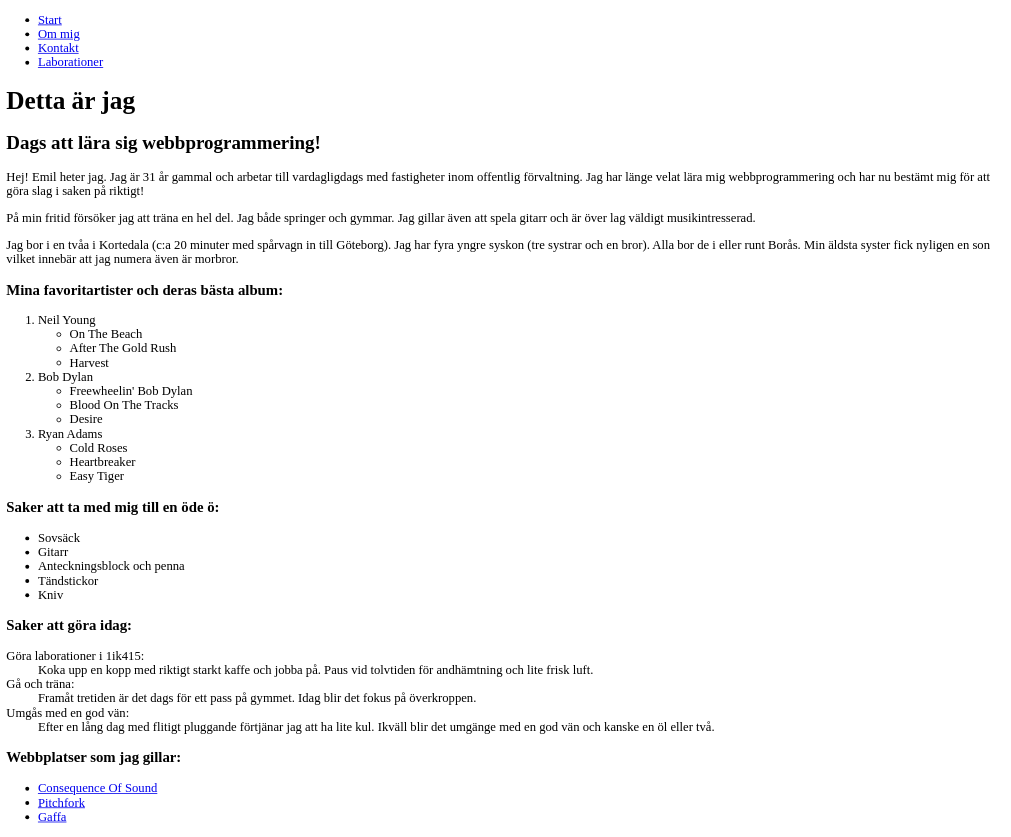
Repository: ea222vk/1ik415-laborationer
Page: Pages/presentation.html
The author's editor kept a record of every edit. The page is drawn from the files as they stood at one moment, then again after the next edit.
The browser window is 1280 px wide. The pictures show the whole page, at 79% of full size.

Above is the page before.

After the next edit:
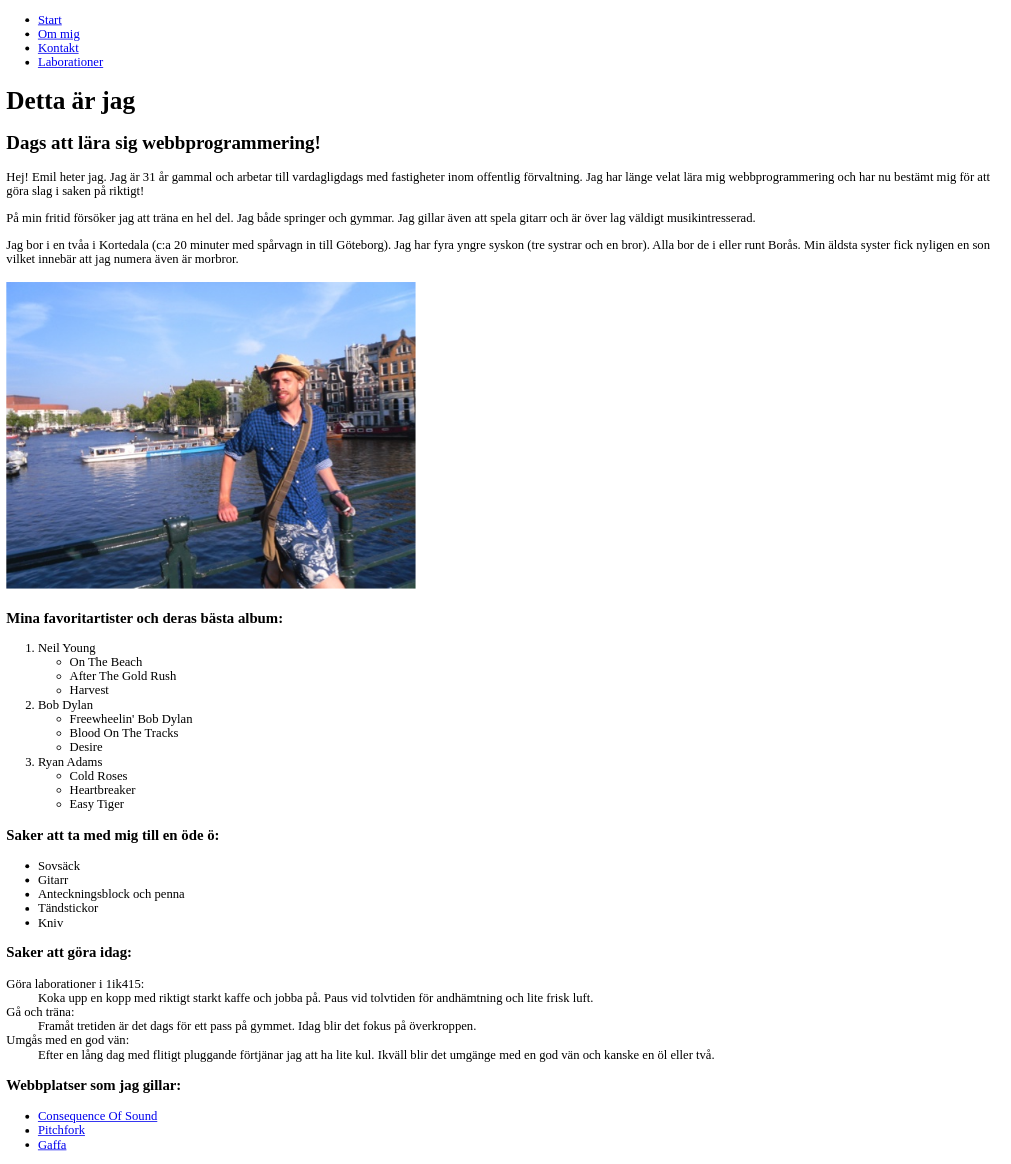
The edit:
--- a/Pages/presentation.html
+++ b/Pages/presentation.html
@@ -32,6 +32,8 @@
     och en bror). Alla bor de i eller runt Borås. Min äldsta syster fick nyligen en son vilket innebär att jag numera även är
     morbror.
     </p>
+
+    <h2 id="picofme"><img src="../Pics/jag1.jpg" alt="På semester i Amsterdam"></h2>
 
 
     <!-- nu kommenterar jag lite -->
